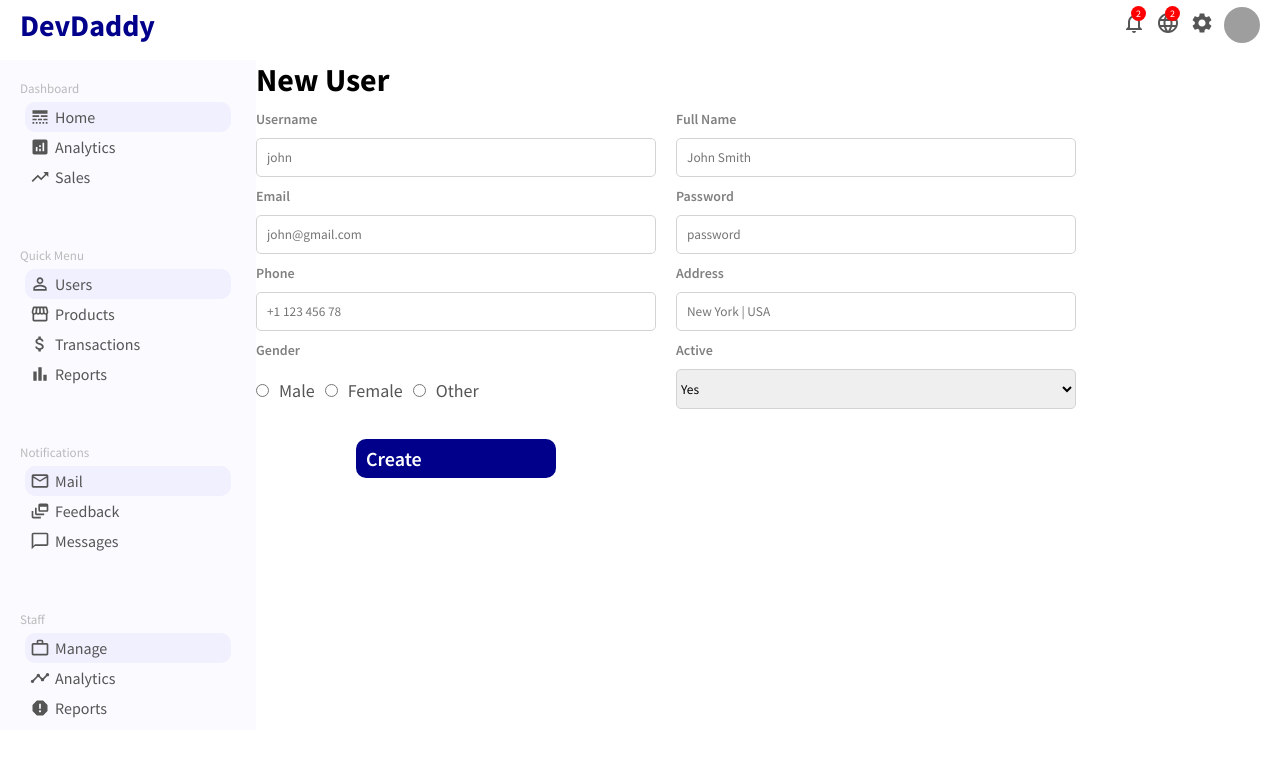
Repository: Marhamat92/react-admin-dashboard
Page: /newUser
These files come from the project's save history. The page is drawn as it stood at one moment and after the next save; the edit follows.
The browser window is 1280 px wide. The pictures show the whole page.
Pictures or frames that could not be fetched are drawn as grey boxes. The project was rebuilt for these pictures with package versions that can differ from the ones it lists, and the page was loaded fresh each time. Also part of the build but not shown: src/pages/home/home.scss, src/components/featuredInfo/featuredInfo.scss, src/components/featuredInfo/FeaturedInfo.js, src/components/chart/chart.scss, src/components/chart/Chart.js, src/data/userData.js, src/components/widgetSm/widgetSm.scss, src/components/widgetSm/WidgetSm.js and 8 more.

Above is the page before, as saved 2023-02-13 14:48:07.

After the next save:
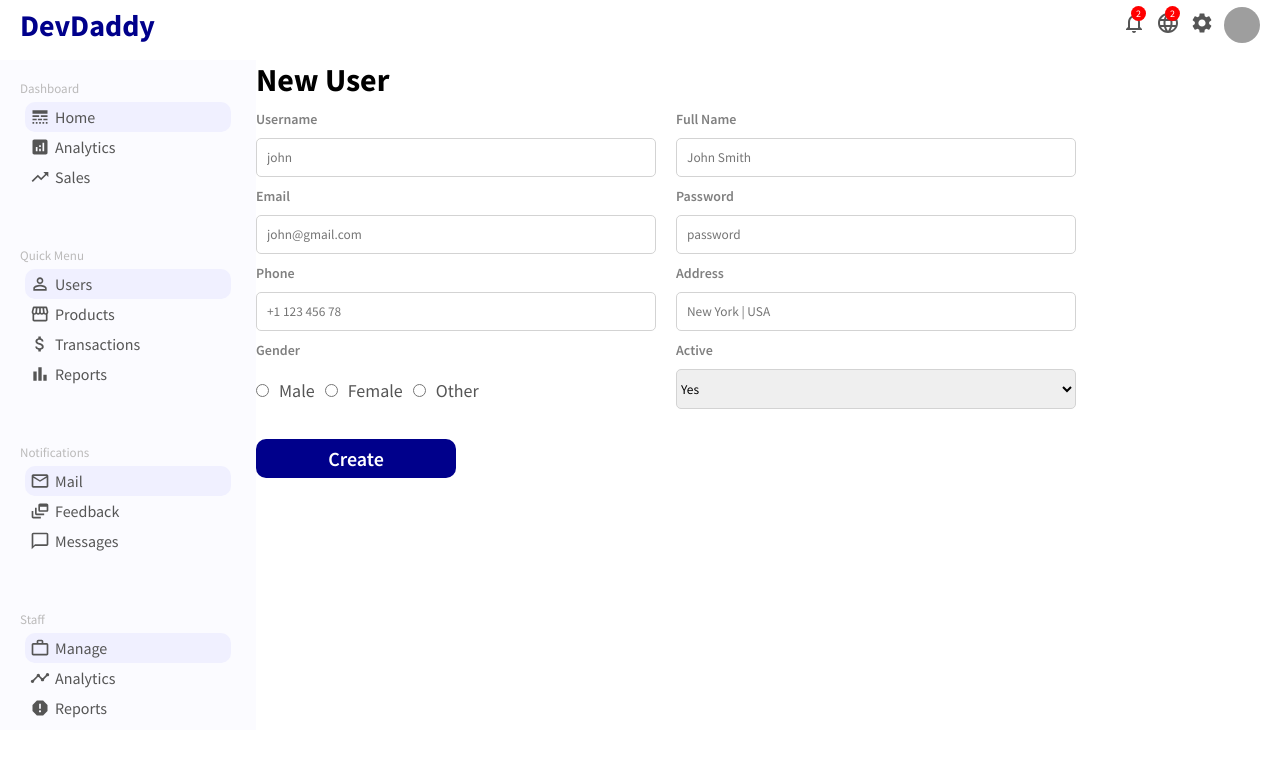
Saved 20 s later.
--- a/src/pages/newUser/newUser.scss
+++ b/src/pages/newUser/newUser.scss
@@ -56,6 +56,5 @@
   cursor: pointer;
   margin-top: 20px;
   font-size: 20px;
-  display: flex;
-  align-self: center;
+
 }
